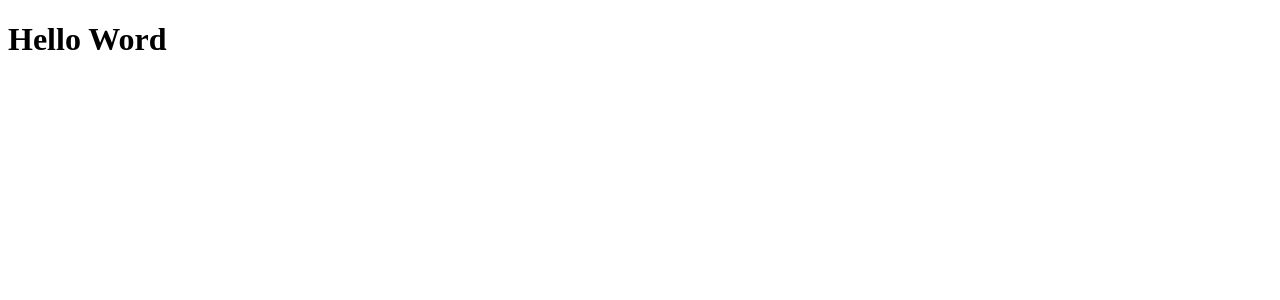
Repository: maxTech2019/Lab-react-C12024
Page: /
An editor plug-in stored every save of this project. The page is shown before and after a run of saves, followed by the edit.
The browser window is 1280 px wide. The pictures show the whole page.
The project was rebuilt for these pictures with package versions that can differ from the ones it lists, and the page was loaded fresh each time. Also part of the build but not shown: vite.config.js.

Above is the page before, as saved 2024-05-31 21:01:50.

After the next 2 saves:
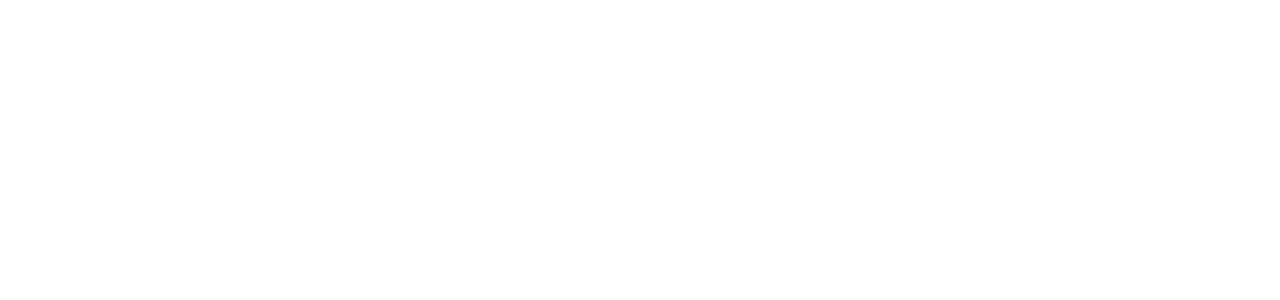
Console error: ReferenceError: persona is not defined
The 2 saves are shown as one change because they came seconds apart.
The last was saved 11 s later.
--- a/src/Saludo.jsx
+++ b/src/Saludo.jsx
@@ -1,5 +1,5 @@
 
-export const Saludo = ({persona}) =>{
+export const Saludo = ({nombre}) =>{
     return (
         <div>
         <h1>Hello Word {persona}</h1>

After the save that followed:
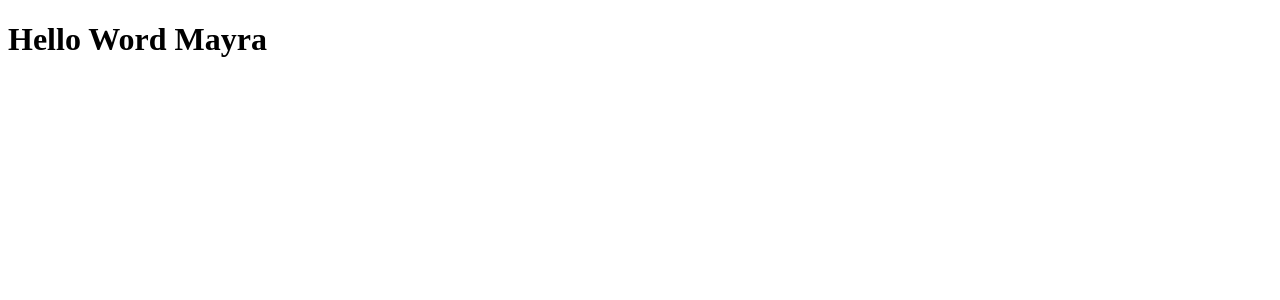
The error is gone.
Saved 23 s later.
--- a/src/Saludo.jsx
+++ b/src/Saludo.jsx
@@ -2,7 +2,7 @@
 export const Saludo = ({nombre}) =>{
     return (
         <div>
-        <h1>Hello Word {persona}</h1>
+        <h1>Hello Word {nombre}</h1>
     </div>
     );
 }
